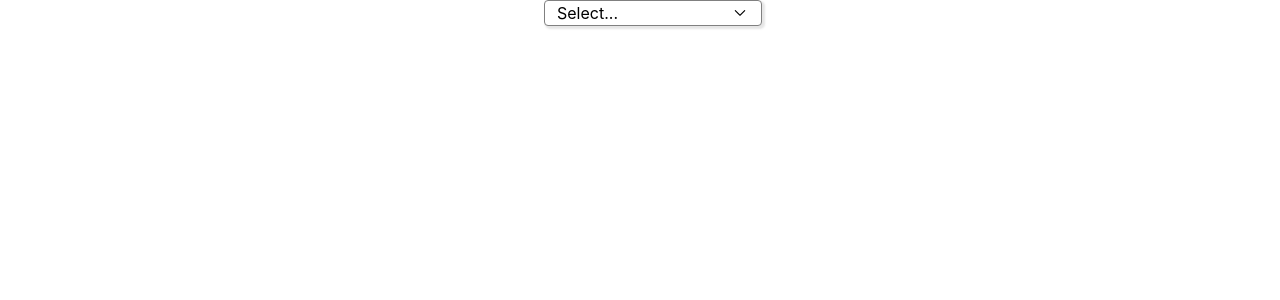
Repository: Jimmy-Lu-iK/Demo-UI
Page: /
These files come from the project's save history. The page is drawn as it stood at one moment and after the next save; the edit follows.
The browser window is 1280 px wide. The pictures show the whole page.
The project was rebuilt for these pictures with package versions that can differ from the ones it lists, and the page was loaded fresh each time. Also part of the build but not shown: src/components/Calculator.css, src/components/Calculator.js.

Above is the page before, as saved 2023-03-16 21:55:07.

After the next save:
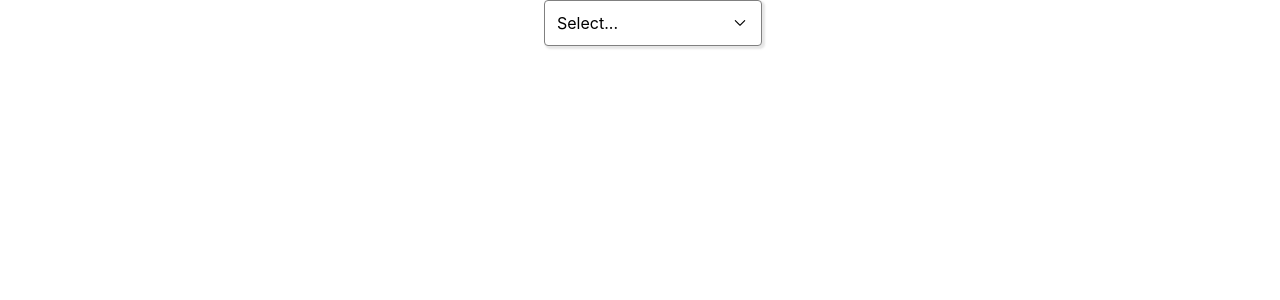
Saved 6 min 0 s later.
--- a/src/components/Dropdown.css
+++ b/src/components/Dropdown.css
@@ -10,9 +10,6 @@
   padding: 0.75rem;
   width: 100%;
   box-shadow: 2px 2px 2px 1px rgba(131, 130, 130, 0.2);
-  transition: all 0.3s ease-in-out;
-  max-height: 0;
-  overflow: hidden;
 }
 
 .panel.active {
@@ -29,6 +26,9 @@
 .options-panel {
   position: absolute;
   top: 100%;
+  max-height: 0;
+  overflow: hidden;
+  transition: max-height 0.3s ease-in-out;
 }
 
 .chevron-down-icon {
